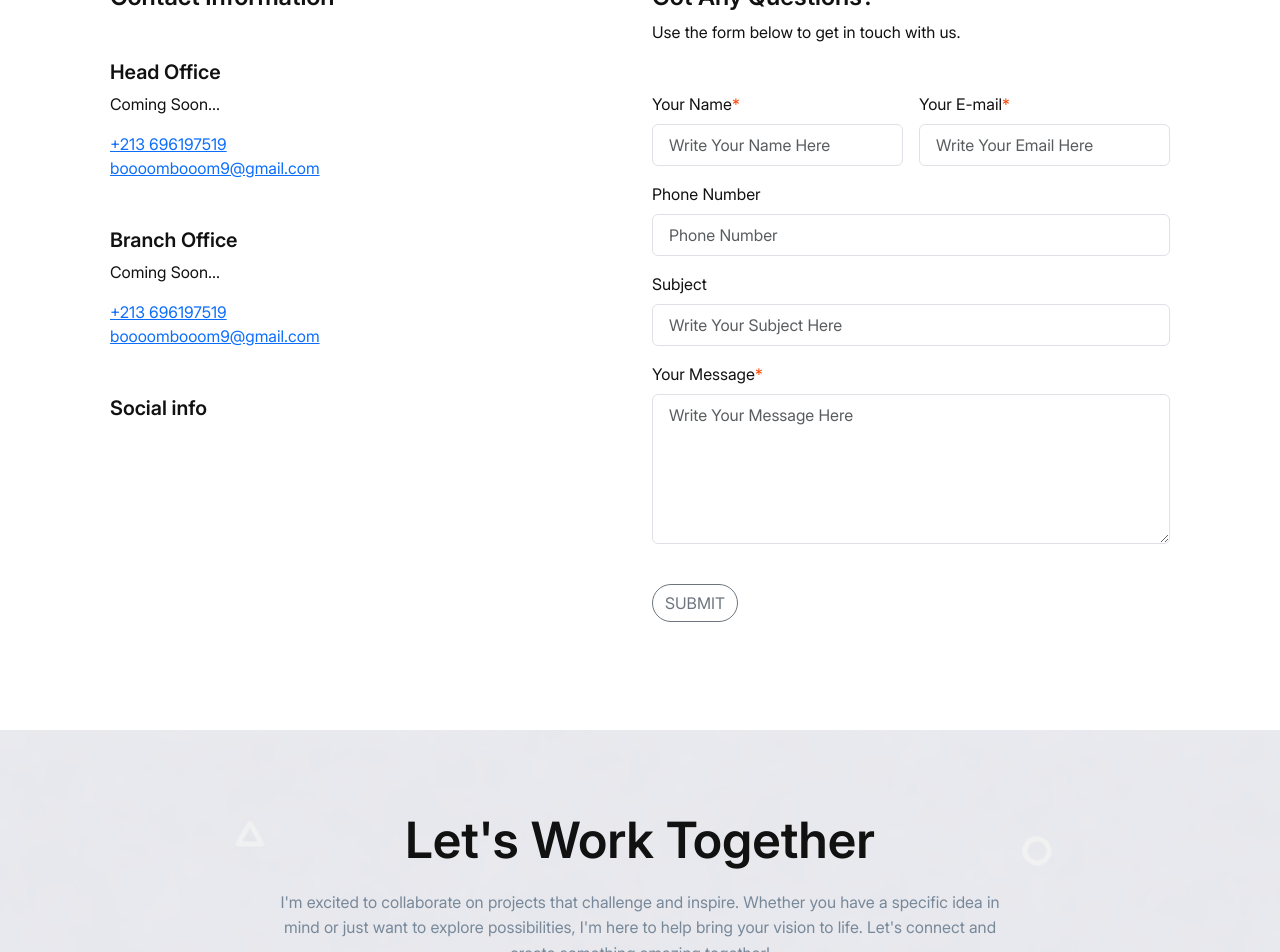
Repository: Badi-77/Portfolio
Page: Contact.html
The author's editor kept a copy of each file at every save. The page is drawn from the files as they stood at one save, then again after the next save.
The browser window is 1280 px wide. The pictures show the part of the page from y = 581 to 1533 px (the page is 1917 px tall).

Above is the page before, as saved 2026-02-17 20:43:29.

After the next save:
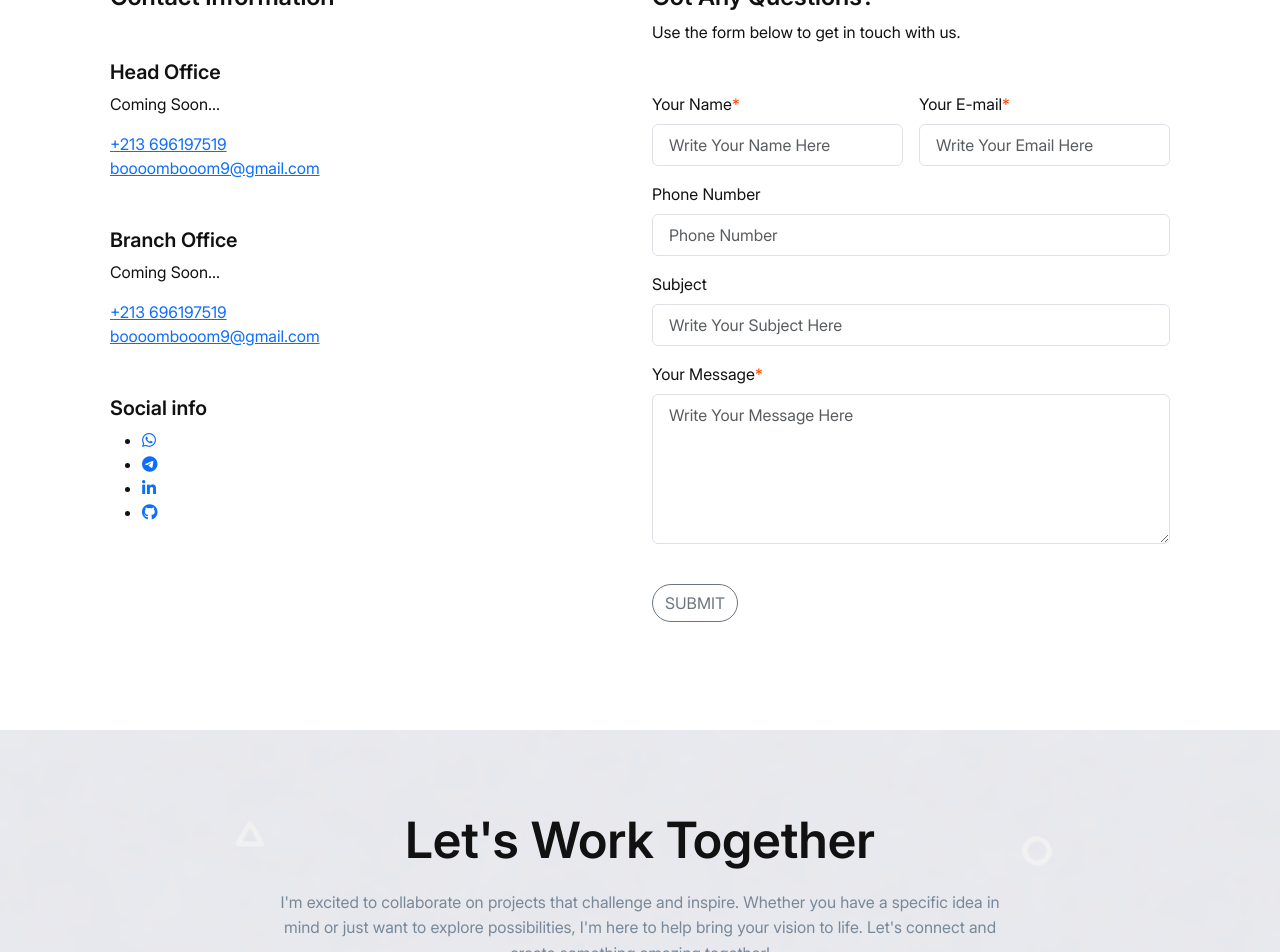
Saved 53 s later.
--- a/Contact.html
+++ b/Contact.html
@@ -169,7 +169,12 @@
               <div class="content-box my-5">
                 <h5 class="elemnt-title fw-bold">Social info</h5>
                 <div class="social-links">
-
+                   <ul>
+          <li><a href="#"><i class="fa-brands fa-whatsapp"></i></a></li>
+          <li><a href="#"><i class="fa-brands fa-telegram-plane"></i></a></li>
+          <li><a href="#"><i class="fa-brands fa-linkedin-in"></i></a></li>
+          <li><a href="#"><i class="fa-brands fa-github"></i></a></li>
+        </ul>
                 </div>
               </div>
             </div>
